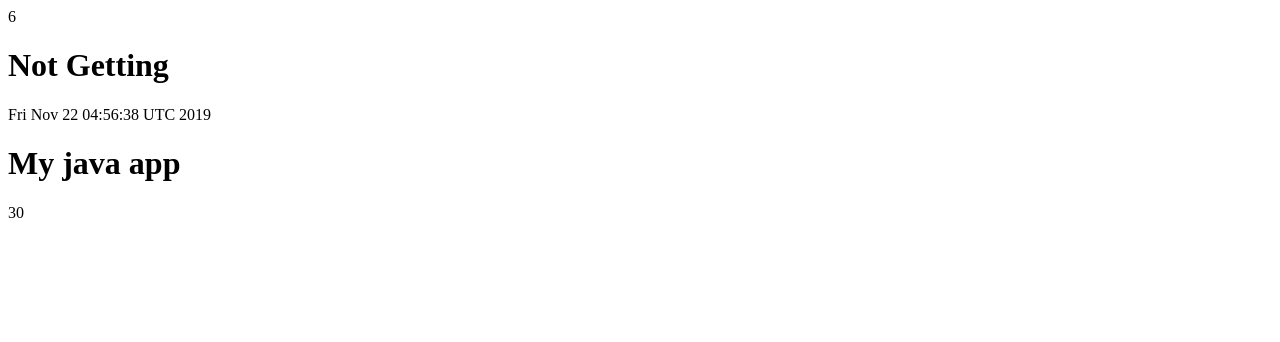
Repository: Vikas333/slk2
Page: http://localhost/Testproject/Test.jsp
An editor plug-in stored every save of this project. The page is shown before and after the next save, followed by the edit.
The browser window is 1280 px wide. The pictures show the whole page.
The page is served by Tomcat 9.

Above is the page before, as saved 2019-11-22 05:13:41.

After the next save:
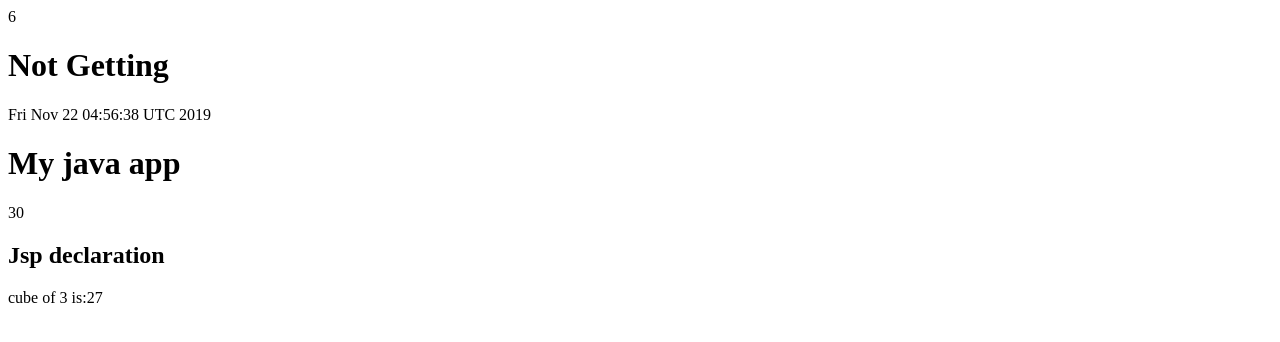
Saved 4 min 24 s later.
--- a/Testproject/WebContent/Test.jsp
+++ b/Testproject/WebContent/Test.jsp
@@ -17,5 +17,40 @@
 c=a+b;
 %>
 <%=c %>
+
+<h2> Jsp declaration</h2>
+<%!
+int cube(int n)
+{
+return n*n*n;
+}
+%>
+<%= "cube of 3 is:"+cube(3) %>
+
+
+
+
+
+
+
+
+
+
+
+
+
+
+
+
+
+
+
+
+
+
+
+
+
+
 </body>
 </html>
